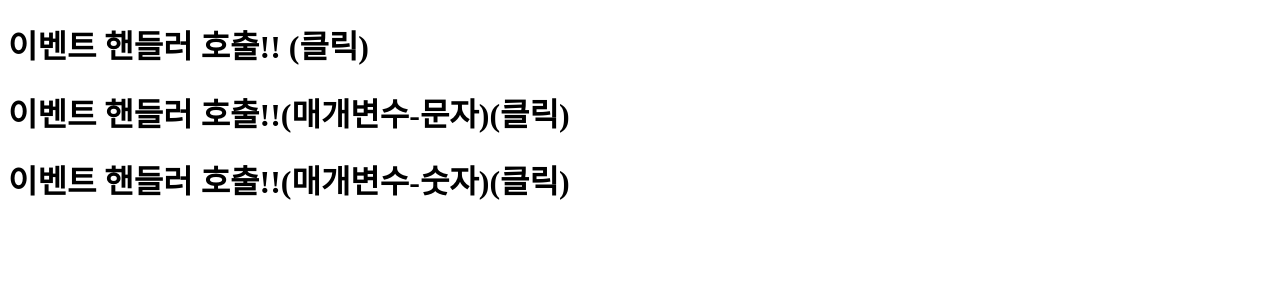
Repository: buildadoor/eclipse
Page: jspexp/src/main/webapp/a01_javascript/a01_basic/a07_function.html
An editor plug-in stored every save of this project. The page is shown before and after the next save, followed by the edit.
The browser window is 1280 px wide. The pictures show the whole page.

Above is the page before, as saved 2022-11-15 05:26:21.

After the next save:
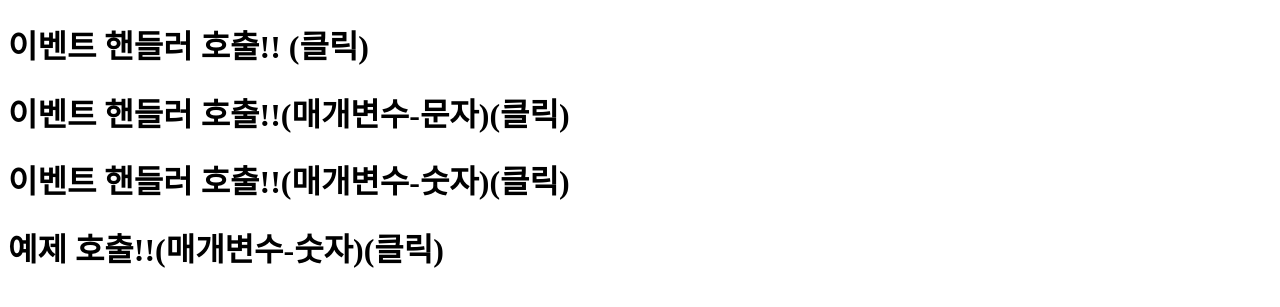
Console error (its wording comes from the project's code and is left out).
Saved 4 min 9 s later.
--- a/jspexp/src/main/webapp/a01_javascript/a01_basic/a07_function.html
+++ b/jspexp/src/main/webapp/a01_javascript/a01_basic/a07_function.html
@@ -53,13 +53,20 @@
     function call03(num01,num02){
  		alert(num01+"+"+num02+"="+(num01+num02));
  	}
-</script>
+    function call04(pname,price,cnt){
+ 		alert(pname+"+"+(price*cnt));
+ 	}
+  //ex) call04를 통해 물건명과 가격(숫자), 갯수를 넘겨서 alert()으로 구매비용
+  // 물건:@@@ 비용:@@를 경고창으로 출력되게 하세요.
+ </script>
 </head>
 <body>
    <h1 onclick="call01()">이벤트 핸들러 호출!! (클릭)</h1>
    <h1 onclick="call02('홍길동')">이벤트 핸들러 호출!!(매개변수-문자)(클릭)</h1>
    <h1 onclick="call03(4,5)">이벤트 핸들러 호출!!(매개변수-숫자)(클릭)</h1>
+   <h1 onclick="call04("사과",1500,3)">예제 호출!!(매개변수-숫자)(클릭)</h1>
 </body>
+
 <script>
 
 </script>

After the 3 saves that followed:
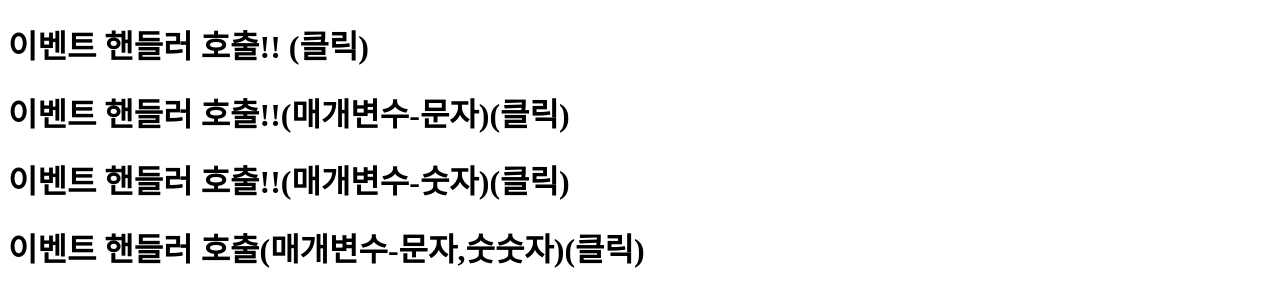
The error is gone.
The 3 saves are shown as one change because 2 left the picture as it was.
The last was saved 4 min 56 s later.
--- a/jspexp/src/main/webapp/a01_javascript/a01_basic/a07_function.html
+++ b/jspexp/src/main/webapp/a01_javascript/a01_basic/a07_function.html
@@ -54,7 +54,7 @@
  		alert(num01+"+"+num02+"="+(num01+num02));
  	}
     function call04(pname,price,cnt){
- 		alert(pname+"+"+(price*cnt));
+ 		alert("물건: "+pname+" 비용: "+(price*cnt));
  	}
   //ex) call04를 통해 물건명과 가격(숫자), 갯수를 넘겨서 alert()으로 구매비용
   // 물건:@@@ 비용:@@를 경고창으로 출력되게 하세요.
@@ -64,7 +64,7 @@
    <h1 onclick="call01()">이벤트 핸들러 호출!! (클릭)</h1>
    <h1 onclick="call02('홍길동')">이벤트 핸들러 호출!!(매개변수-문자)(클릭)</h1>
    <h1 onclick="call03(4,5)">이벤트 핸들러 호출!!(매개변수-숫자)(클릭)</h1>
-   <h1 onclick="call04("사과",1500,3)">예제 호출!!(매개변수-숫자)(클릭)</h1>
+   <h1 onclick="call04('사과',1500,3)">이벤트 핸들러 호출(매개변수-문자,숫숫자)(클릭)</h1>
 </body>
 
 <script>
